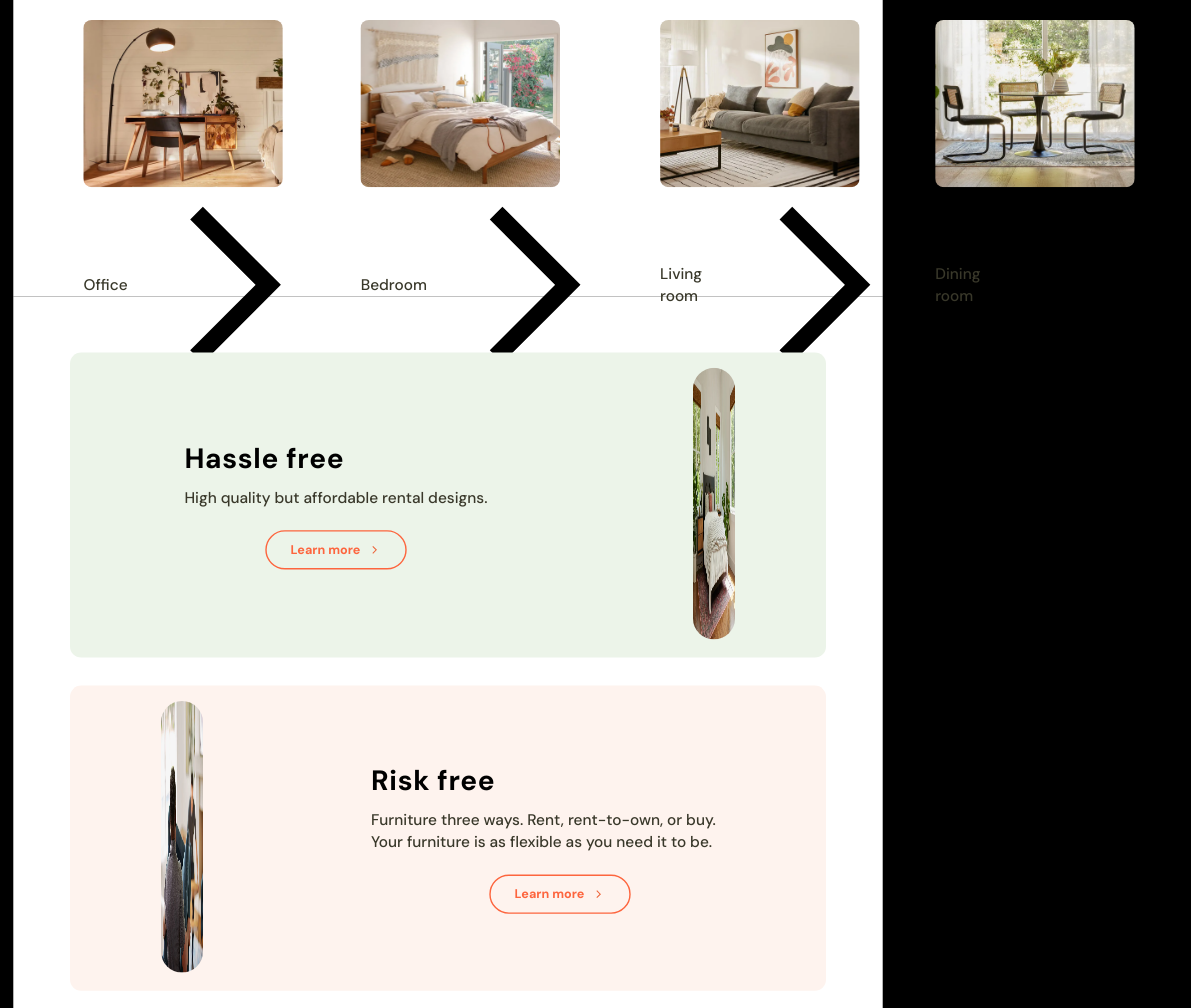
Repository: noman-source/Furniture-website
Page: index.html
An editor plug-in stored every save of this project. The page is shown before and after a run of saves, followed by the edit.
The browser window is 1280 px wide. The page is 1702 px wide, so the pictures cover 1702 px, including what lies to the right of the window. The pictures show the part of the page from y = 1379 to 2819 px (the page is 4311 px tall), at 70% of full size.

Above is the page before, as saved 2025-07-04 13:07:45.

After the next 5 saves:
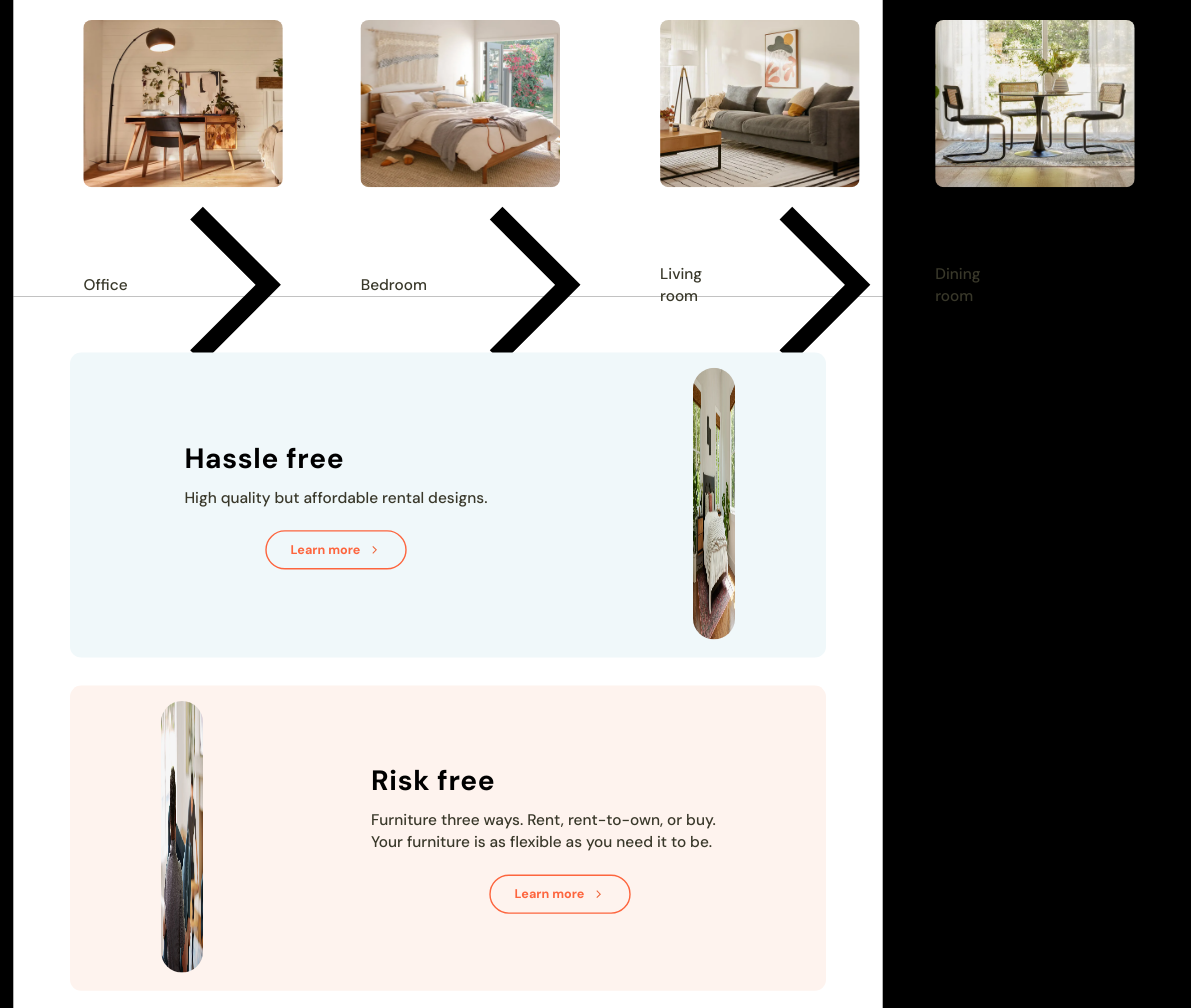
The 5 saves are shown as one change because they came seconds apart.
The last was saved 49 s later.
--- a/style.css
+++ b/style.css
@@ -301,7 +301,7 @@
 }
 
 .section5 .section5-top {
-    background-color: #ECF4E9;
+    background-color: #F0F8Fa;
     display: flex;
     justify-content: space-around;
     align-items: center;
